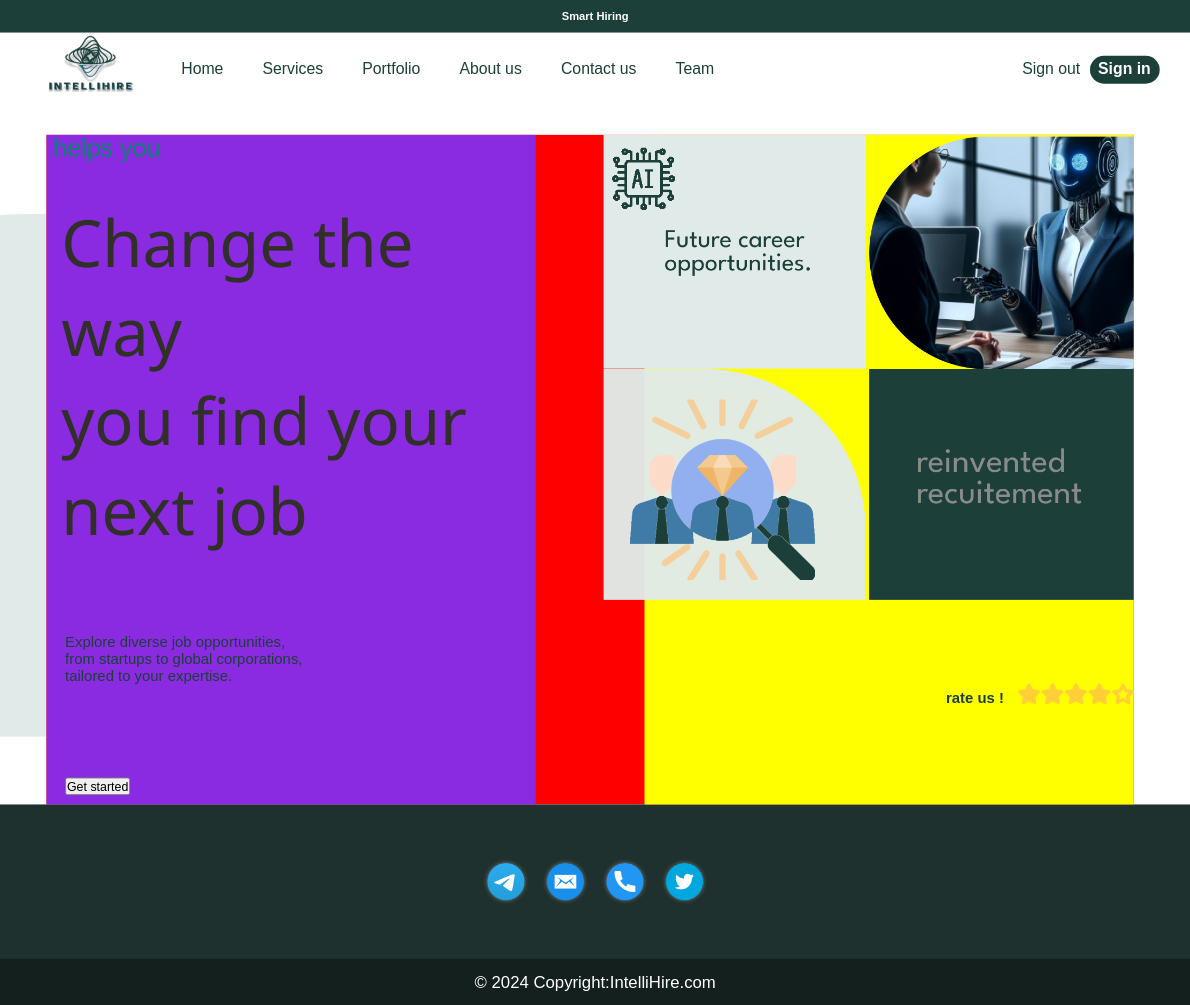
Repository: arijkl/Projet-PFA
Page: HomePage.html
These files come from the project's save history. The page is drawn as it stood at one moment and after the next save; the edit follows.
The browser window is 1280 px wide. The pictures show the whole page, at 93% of full size.

Above is the page before, as saved 2024-04-21 23:47:31.

### HomePage.html
<!DOCTYPE html>
<html lang="en">

<head>
    <meta charset="UTF-8" />
    <meta name="viewport" content="width=device-width, initial-scale=1.0" />
    <title>Document</title>
    <link rel="stylesheet" href="HomePage.css" />
</head>

<body>
    <nav class="beforeNav">
        <span>Smart Hiring</span>
    </nav>
    <nav class="navBar">
        <span class="Mainlogo"><img src="Assets/mainlogo.png" alt="" /></span>
        <ul>
            <li><a href="">Home</a></li>
            <li><a href="">Services</a></li>
            <li><a href="">Portfolio</a></li>
            <li><a href="">About us</a></li>
            <li><a href="">Contact us</a></li>
            <li><a href="">Team</a></li>
        </ul>
        <span class="signin-out">
            <a href="">Sign out</a>
            <a href="" class="sign-in">Sign in</a>
        </span>
    </nav>

    <div class="container">

        <div class="left-container">
            <div class="img-container" ></div>
            <span class="hepls-you">helps you</span>

            <h1>
                Change the way <br />
                you find your <br />
                next job
            </h1>
            <span class="paraetbtn">
            <p>
                Explore diverse job opportunities,<br />
                from startups to global corporations,<br />
                tailored to your expertise.
            </p>
            <button class="started-btn">Get started</button>
            </span>
        </div>
        <div class="right-container">
            <img src="Assets/Home-right-image.png" alt="" class="imgRight" />
            <span>
                rate us !
                <img src="Assets/rate.png" alt="" class="rate-us" />
            </span>
        </div>

    </div>


    <footer>
        <div class="icons">
            <button>
                <img src="Assets/tlg.png" alt="" />
            </button>
            <button>
                <img src="Assets/gm.png" alt="" />
            </button>
            <button>
                <img src="Assets/tel.png" alt="" />
            </button>
            <button>
                <img src="Assets/tt.png" alt="" />
            </button>

        </div>

        <span>
            © 2024 Copyright:
            <a href="#home">IntelliHire.com</a>
        </span>
    </footer>
</body>

</html>

### HomePage.css
* {
    margin: 0px;
    padding: 0px;
    font-family: 'Montserrat', sans-serif;
}

@font-face {
    font-family: 'Montserrat';
    src: url('https://fonts.googleapis.com/css2?family=Montserrat&display=swap');
    /* You can also host the font files locally and provide the path accordingly */
}




body {
    font-family: 'Montserrat', sans-serif;
    background: white;
    color: #1C3F3A;
    height: 100vh;
    width: 100%;

}

/*                                   Hero section                              */
.beforeNav {
    background-color: #1C3F3A;
    height: 35px;
    color: white;
    display: flex;
    justify-content: space-around;
    align-items: center;
    font-weight: 550;
    font-size: 12px;

}
/*                                  navigation bar                              */
.Mainlogo {
    height: 100%;
    width: 15%;

}

.Mainlogo img {
    position: absolute;
    height: 100px;
    width: 150px;

}

.navBar {

    height: 80px;
    display: flex;
    justify-content: space-between;
    margin-left: 20px;
    margin-right: 20px;
    font-weight: 500;



}

.navBar ul {
    display: flex;
    justify-content: space-around;
    align-items: center;
    width: 60%;
    list-style: none;
    margin-right: 25%;
    font-size: 17px;

}

.navBar ul li a {
    text-decoration: none;
    color: #1C3F3A;



}

.signin-out {
    display: flex;
    align-items: center;
    margin-right: 7px;
    width: 15%;



}

.signin-out a {
    text-decoration: none;
    font-size: 17px;

}

.signin-out a:first-child {
    color: #1C3F3A;

}

.sign-in {
    display: flex;
    justify-content: center;
    align-items: center;
    width: 75px;
    height: 30px;
    font-weight: 550;
    margin-left: 10px;
    color: white;
    background-color: #1C3F3A;
    border-radius: 15px;



}
/*                                  main content                           */
.container{
    display: flex;
    justify-content: space-between;
    align-items:center;
    height: 100%;
    margin-left: 50px;
    margin-right: 61.5px;
    margin-top:30px;

    z-index:777;
    background-color:red;
}

.left-container{
    background-color:blueviolet;
    height: 100%;
    width:45%;
    display: flex;
    flex-direction: column;
    justify-content:space-evenly;


}
.img-container{
    background-color: transparent;
    position:absolute;
    left:0px;
    top:230px;
    height:80% ;
    width:50%;

    margin-left: 0px;
    background-image : url(Assets/bg.png);
    background-size: contain;
    background-repeat: no-repeat;
    z-index: -999999;


}
/*      right content           */
.right-container{
    background-color:yellow;
    height: 100%;
    width:45%;
    display: flex;
    flex-direction: column;
    justify-content:space-between;
    align-items:flex-end;
}
.imgRight{

    height:500px;
    width:570px;

}
.right-container span{
    display:flex;
    justify-content: space-around;
    align-items:flex-end;
    gap:15px;
    margin-bottom:20%;
    font-weight:bold;
}
/*      left content           */
.hepls-you{
    margin-left:7px;
    padding-bottom: 20px;
    font-size: 27px;
    color:#098271;
}
.left-container h1{
    margin-bottom:50px;
    font-size:70px;
    padding:3% ;
    font-family:'Segoe UI', Tahoma, Geneva, Verdana, sans-serif;
    color:#313028;
    font-weight: 500;
}
.paraetbtn{
    margin-bottom:120px;
    padding: 20px;
    gap:100px;
}
.started-btn{
    margin-top:100px;
    margin-bottom:80px;
}

/*                                  footer                                    */
footer{

    background-color:#1f312e;
    height:30%;
    color:white;
    display: flex;
    flex-direction: column;
    justify-content: flex-end;
    align-items:center;


}
.icons{
    display: flex;
    justify-content: space-around;
    align-items: center;
    height:100%;
    width:20%;
}
.icons button{
    background-color:#1f312e;;
    height:40px;
    width:40px;
    border:none;
    box-shadow: 0px 0px 5px 0px rgba(148, 142, 142, 0.797);
    border-radius:50%;
}
.icons button img{

   height:100%;
   width: auto;
}


footer span{
    background-color:#13201e;
    width:100%;
    height:30%;
    margin-top: 0%;
    display: flex;
    justify-content: center;
    align-items:center;
    font-size: large;
}
footer span a{
    color:white;
    text-decoration: none;
    text-align: center;
}

After the next save:
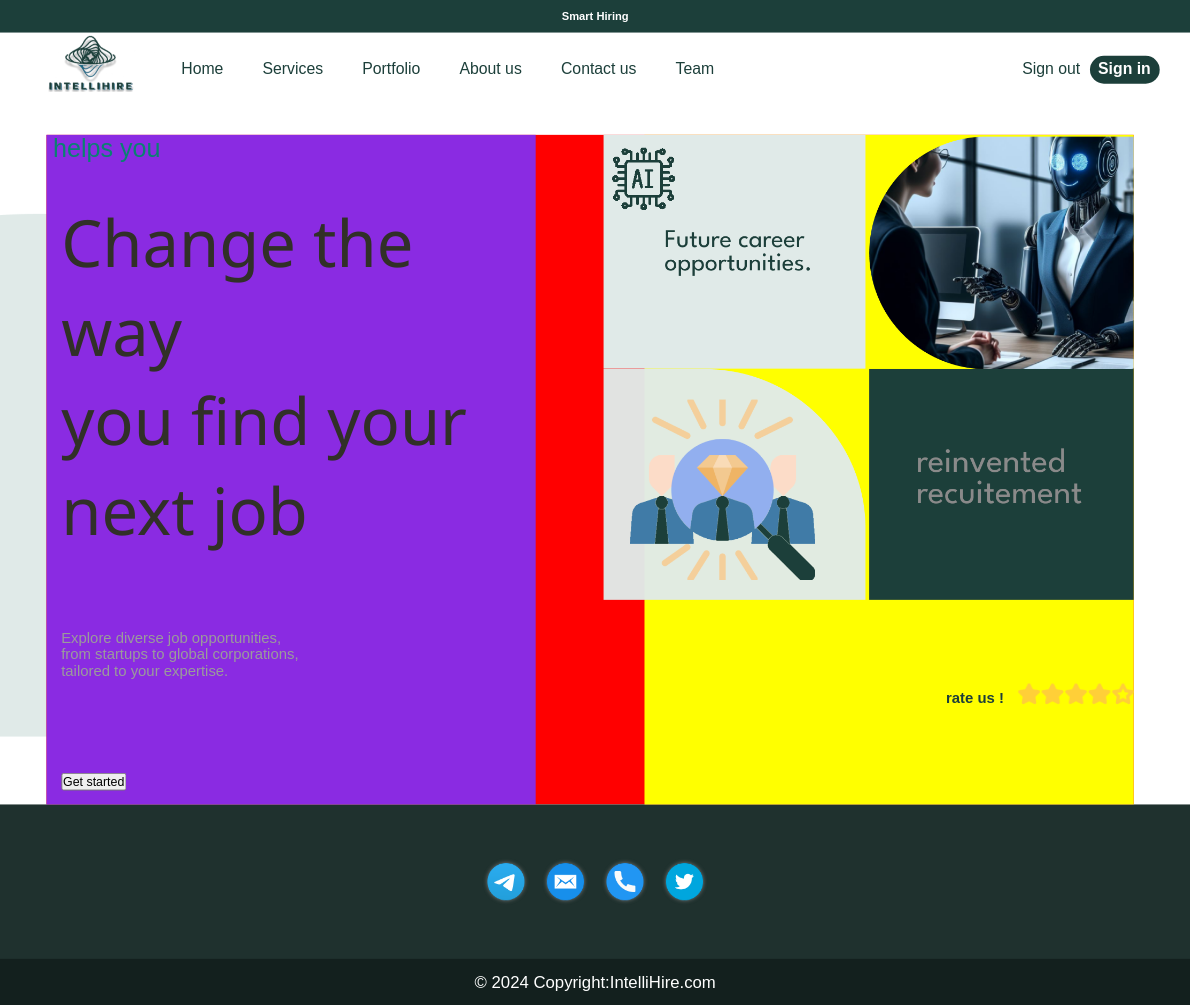
Saved 60 s later.
--- a/HomePage.css
+++ b/HomePage.css
@@ -199,6 +199,8 @@
     margin-bottom:120px;
     padding: 20px;
     gap:100px;
+    color:#9B9B9B;
+    padding:3%;
 }
 .started-btn{
     margin-top:100px;
